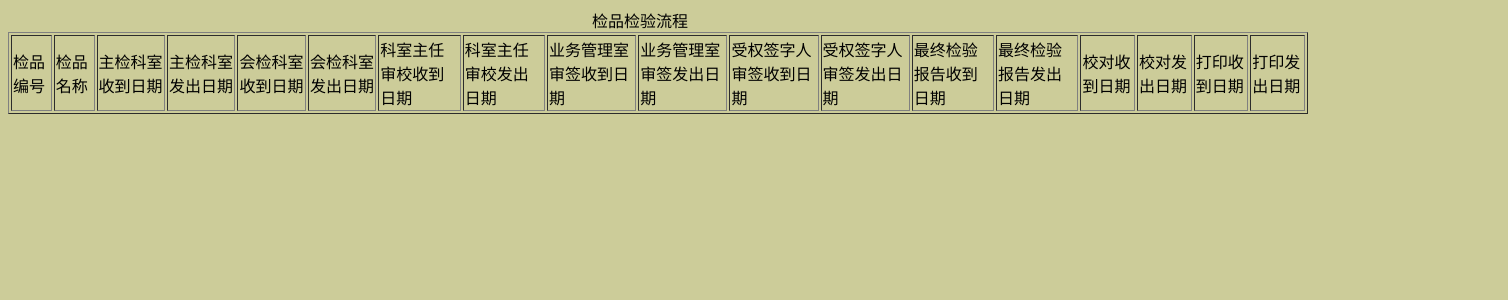
Repository: Shaoxubao/Java
Page: http://localhost/msm/jsp/sample/list_sampleflow.jsp
The author's editor kept a copy of each file at every save. The page is drawn from the files as they stood at one save, then again after the next save.
The browser window is 1280 px wide. The page is 1308 px wide, then 1508 px, so the pictures cover 1508 px, including what lies to the right of the window. The pictures show the whole page.
The page is served by Tomcat 9. Nobody is signed in. The application's start-up code is not run. The template is opened directly, without the code that normally fills it, so the values that code supplies are empty.

Above is the page before, as saved 2015-06-09 09:37:27.

After the next save:
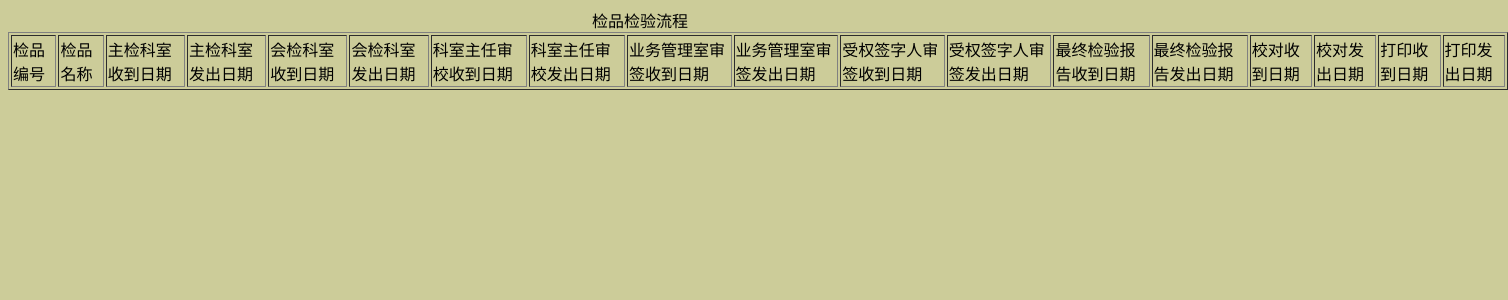
Saved 9 s later.
--- a/msm/WebContent/jsp/sample/list_sampleflow.jsp
+++ b/msm/WebContent/jsp/sample/list_sampleflow.jsp
@@ -9,7 +9,7 @@
 </head>
 <body bgcolor="#CCCC99">
     <div align="center">检品检验流程</div>
-    <table width="1300" align="center" border="1">
+    <table width="1500" align="center" border="1">
       <tr>
         <td>检品编号</td><td>检品名称</td>
         <td>主检科室收到日期</td><td>主检科室发出日期</td><td>会检科室收到日期</td><td>会检科室发出日期</td>
